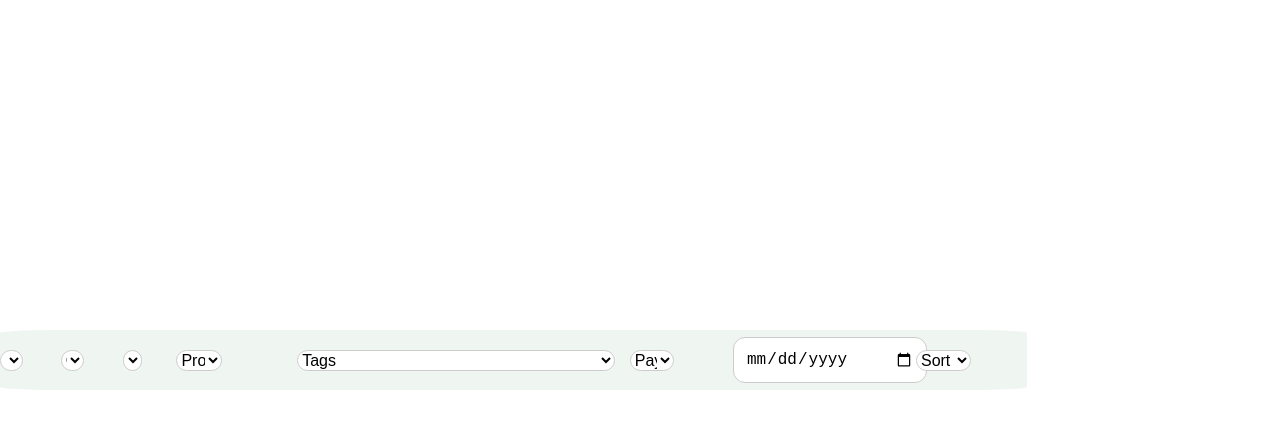
Repository: SandeepYadav18717/TruEstae
Page: / (app in TruEstae/)
An editor plug-in stored every save of this project. The page is shown before and after a run of saves, followed by the edit.
The browser window is 1280 px wide. The pictures show the whole page.
The project was rebuilt for these pictures with package versions that can differ from the ones it lists, and the page was loaded fresh each time. Also part of the build but not shown: TruEstae/vite.config.js, TruEstae/src/App.css, TruEstae/src/Styles/Logo.css, TruEstae/src/Pages/Logo.jsx, TruEstae/src/Styles/search_bar.css, TruEstae/src/components/search_bar.jsx.

Above is the page before, as saved 2025-12-07 01:18:15.

After the next 2 saves:
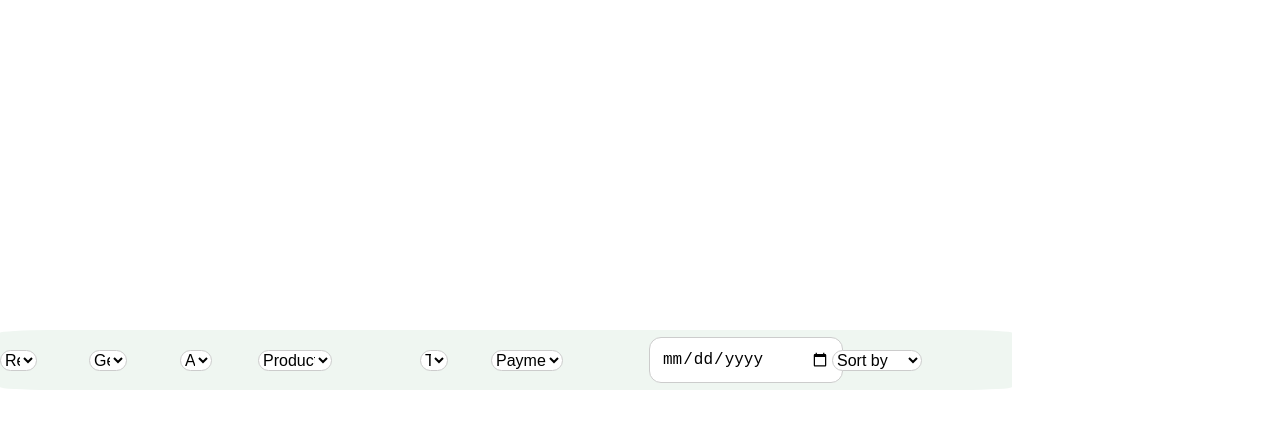
The 2 saves are shown as one change because 1 did not build or start.
The last was saved 43 s later.
--- a/TruEstae/src/Pages/Home.jsx
+++ b/TruEstae/src/Pages/Home.jsx
@@ -51,12 +51,12 @@ function Home() {
           </select>
         </div>
 
-        <div id="Tags"></div>
+        <div id="Tags">
         <select>
           <option value="" hidden>
             Tags
           </option>
-        </select>
+        </select></div>
 
         <div id="Payment_Method">
           <select>
